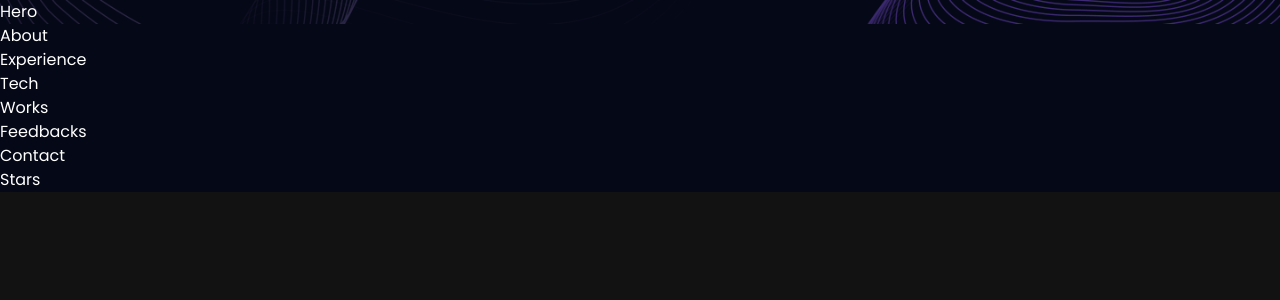
Repository: davedeguia/3d-portfolio
Page: /
The author's editor kept a copy of each file at every save. The page is drawn from the files as they stood at one save, then again after the next save.
The browser window is 1280 px wide. The pictures show the whole page.
The project was rebuilt for these pictures with package versions that can differ from the ones it lists, and the page was loaded fresh each time. Also part of the build but not shown: vite.config.js, src/components/canvas/Earth.jsx, src/components/canvas/Ball.jsx, src/components/canvas/Computers.jsx.

Above is the page before, as saved 2023-03-04 14:21:55.

### src/App.jsx
import { BrowserRouter } from 'react-router-dom'
import {
  About,
  Contact,
  Experience,
  Feedbacks,
  Hero,
  Navbar,
  Tech,
  Works,
  StarsCanvas,
} from './components'

const App = () => {
  return (
    <BrowserRouter>
      <div className='relative z-0 bg-primary'>
        <div className='bg-hero-pattern bg-cover bg-no-repeat bg-center'>
          <Navbar />
          <Hero />
        </div>
        <About />
        <Experience />
        <Tech />
        <Works />
        <Feedbacks />
        <div className='relative z-0'>
          <Contact />
          <StarsCanvas />
        </div>
      </div>
    </BrowserRouter>
  )
}

export default App

### src/components/Navbar.jsx
import React, { useEffect, useState } from 'react'
import { Link } from 'react-router-dom'
import { styles } from '../styles'
import { navLinks } from '../constants'
import { logo, menu, close } from '../assets'

const Navbar = () => {
  return (
    <nav
      className={`${styles.paddingX} w-full flex items-center py-5 fixed top-0 z-20`}
    >
      <div className='w-full flex justify-between items-center max-w-7xl mx-auto'>
        <Link
          to='/'
          className='flex items-center gap-2'
          onClick={() => {
            setActive('')
          }}
        ></Link>
      </div>
    </nav>
  )
}

export default Navbar

### src/styles.js
const styles = {
  paddingX: 'sm:px-16 px-6',
  paddingY: 'sm:py-16 py-6',
  padding: 'sm:px-16 px-6 sm:py-16 py-10',

  heroHeadText:
    'font-black text-white lg:text-[80px] sm:text-[60px] xs:text-[50px] text-[40px] lg:leading-[98px] mt-2',
  heroSubText:
    'text-[#dfd9ff] font-medium lg:text-[30px] sm:text-[26px] xs:text-[20px] text-[16px] lg:leading-[40px]',

  sectionHeadText:
    'text-white font-black md:text-[60px] sm:text-[50px] xs:text-[40px] text-[30px]',
  sectionSubText:
    'sm:text-[18px] text-[14px] text-secondary uppercase tracking-wider',
}

export { styles }

### src/constants/index.js
import {
  mobile,
  backend,
  creator,
  web,
  javascript,
  typescript,
  html,
  css,
  reactjs,
  redux,
  tailwind,
  nodejs,
  mongodb,
  git,
  figma,
  docker,
  meta,
  starbucks,
  tesla,
  shopify,
  carrent,
  jobit,
  tripguide,
  threejs,
} from '../assets'

export const navLinks = [
  {
    id: 'about',
    title: 'About',
  },
  {
    id: 'work',
    title: 'Work',
  },
  {
    id: 'contact',
    title: 'Contact',
  },
]

const services = [
  {
    title: 'Web Developer',
    icon: web,
  },
  {
    title: 'React Native Developer',
    icon: mobile,
  },
  {
    title: 'Backend Developer',
    icon: backend,
  },
  {
    title: 'Content Creator',
    icon: creator,
  },
]

const technologies = [
  {
    name: 'HTML 5',
    icon: html,
  },
  {
    name: 'CSS 3',
    icon: css,
  },
  {
    name: 'JavaScript',
    icon: javascript,
  },
  {
    name: 'TypeScript',
    icon: typescript,
  },
  {
    name: 'React JS',
    icon: reactjs,
  },
  {
    name: 'Redux Toolkit',
    icon: redux,
  },
  {
    name: 'Tailwind CSS',
    icon: tailwind,
  },
  {
    name: 'Node JS',
    icon: nodejs,
  },
  {
    name: 'MongoDB',
    icon: mongodb,
  },
  {
    name: 'Three JS',
    icon: threejs,
  },
  {
    name: 'git',
    icon: git,
  },
  {
    name: 'figma',
    icon: figma,
  },
  {
    name: 'docker',
    icon: docker,
  },
]

const experiences = [
  {
    title: 'React.js Developer',
    company_name: 'Starbucks',
    icon: starbucks,
    iconBg: '#383E56',
    date: 'March 2020 - April 2021',
    points: [
      'Developing and maintaining web applications using React.js and other related technologies.',
      'Collaborating with cross-functional teams including designers, product managers, and other developers to create high-quality products.',
      'Implementing responsive design and ensuring cross-browser compatibility.',
      'Participating in code reviews and providing constructive feedback to other developers.',
    ],
  },
  {
    title: 'React Native Developer',
    company_name: 'Tesla',
    icon: tesla,
    iconBg: '#E6DEDD',
    date: 'Jan 2021 - Feb 2022',
    points: [
      'Developing and maintaining web applications using React.js and other related technologies.',
      'Collaborating with cross-functional teams including designers, product managers, and other developers to create high-quality products.',
      'Implementing responsive design and ensuring cross-browser compatibility.',
      'Participating in code reviews and providing constructive feedback to other developers.',
    ],
  },
  {
    title: 'Web Developer',
    company_name: 'Shopify',
    icon: shopify,
    iconBg: '#383E56',
    date: 'Jan 2022 - Jan 2023',
    points: [
      'Developing and maintaining web applications using React.js and other related technologies.',
      'Collaborating with cross-functional teams including designers, product managers, and other developers to create high-quality products.',
      'Implementing responsive design and ensuring cross-browser compatibility.',
      'Participating in code reviews and providing constructive feedback to other developers.',
    ],
  },
  {
    title: 'Full stack Developer',
    company_name: 'Meta',
    icon: meta,
    iconBg: '#E6DEDD',
    date: 'Jan 2023 - Present',
    points: [
      'Developing and maintaining web applications using React.js and other related technologies.',
      'Collaborating with cross-functional teams including designers, product managers, and other developers to create high-quality products.',
      'Implementing responsive design and ensuring cross-browser compatibility.',
      'Participating in code reviews and providing constructive feedback to other developers.',
    ],
  },
]

const testimonials = [
  {
    testimonial:
      'I thought it was impossible to make a website as beautiful as our product, but Rick proved me wrong.',
    name: 'Sara Lee',
    designation: 'CFO',
    company: 'Acme Co',
    image: 'https://randomuser.me/api/portraits/women/4.jpg',
  },
  {
    testimonial:
      "I've never met a web developer who truly cares about their clients' success like Rick does.",
    name: 'Chris Brown',
    designation: 'COO',
    company: 'DEF Corp',
    image: 'https://randomuser.me/api/portraits/men/5.jpg',
  },
  {
    testimonial:
      "After Rick optimized our website, our traffic increased by 50%. We can't thank them enough!",
    name: 'Lisa Wang',
    designation: 'CTO',
    company: '456 Enterprises',
    image: 'https://randomuser.me/api/portraits/women/6.jpg',
  },
]

const projects = [
  {
    name: 'Car Rent',
    description:
      'Web-based platform that allows users to search, book, and manage car rentals from various providers, providing a convenient and efficient solution for transportation needs.',
    tags: [
      {
        name: 'react',
        color: 'blue-text-gradient',
      },
      {
        name: 'mongodb',
        color: 'green-text-gradient',
      },
      {
        name: 'tailwind',
        color: 'pink-text-gradient',
      },
    ],
    image: carrent,
    source_code_link: 'https://github.com/',
  },
  {
    name: 'Job IT',
    description:
      'Web application that enables users to search for job openings, view estimated salary ranges for positions, and locate available jobs based on their current location.',
    tags: [
      {
        name: 'react',
        color: 'blue-text-gradient',
      },
      {
        name: 'restapi',
        color: 'green-text-gradient',
      },
      {
        name: 'scss',
        color: 'pink-text-gradient',
      },
    ],
    image: jobit,
    source_code_link: 'https://github.com/',
  },
  {
    name: 'Trip Guide',
    description:
      'A comprehensive travel booking platform that allows users to book flights, hotels, and rental cars, and offers curated recommendations for popular destinations.',
    tags: [
      {
        name: 'nextjs',
        color: 'blue-text-gradient',
      },
      {
        name: 'supabase',
        color: 'green-text-gradient',
      },
      {
        name: 'css',
        color: 'pink-text-gradient',
      },
    ],
    image: tripguide,
    source_code_link: 'https://github.com/',
  },
]

export { services, technologies, experiences, testimonials, projects }

### src/assets/index.js
import logo from "./logo.svg";
import backend from "./backend.png";
import creator from "./creator.png";
import mobile from "./mobile.png";
import web from "./web.png";
import github from "./github.png";
import menu from "./menu.svg";
import close from "./close.svg";

import css from "./tech/css.png";
import docker from "./tech/docker.png";
import figma from "./tech/figma.png";
import git from "./tech/git.png";
import html from "./tech/html.png";
import javascript from "./tech/javascript.png";
import mongodb from "./tech/mongodb.png";
import nodejs from "./tech/nodejs.png";
import reactjs from "./tech/reactjs.png";
import redux from "./tech/redux.png";
import tailwind from "./tech/tailwind.png";
import typescript from "./tech/typescript.png";
import threejs from "./tech/threejs.svg";

import meta from "./company/meta.png";
import shopify from "./company/shopify.png";
import starbucks from "./company/starbucks.png";
import tesla from "./company/tesla.png";

import carrent from "./carrent.png";
import jobit from "./jobit.png";
import tripguide from "./tripguide.png";

export {
  logo,
  backend,
  creator,
  mobile,
  web,
  github,
  menu,
  close,
  css,
  docker,
  figma,
  git,
  html,
  javascript,
  mongodb,
  nodejs,
  reactjs,
  redux,
  tailwind,
  typescript,
  threejs,
  meta,
  shopify,
  starbucks,
  tesla,
  carrent,
  jobit,
  tripguide,
};

### tailwind.config.cjs
/** @type {import('tailwindcss').Config} */
module.exports = {
  content: ['./src/**/*.{js,jsx}'],
  mode: 'jit',
  theme: {
    extend: {
      colors: {
        primary: '#050816',
        secondary: '#aaa6c3',
        tertiary: '#151030',
        'black-100': '#100d25',
        'black-200': '#090325',
        'white-100': '#f3f3f3',
      },
      boxShadow: {
        card: '0px 35px 120px -15px #211e35',
      },
      screens: {
        xs: '450px',
      },
      backgroundImage: {
        'hero-pattern': "url('/src/assets/herobg.png')",
      },
    },
  },
  plugins: [],
}

Loaded but not shown: index.html (common file); src/main.jsx (common file); src/index.css (common file); src/components/index.js (common file); src/components/canvas/index.js (common file); src/components/Hero.jsx (common file); src/components/About.jsx (common file); src/components/Tech.jsx (common file); src/components/Experience.jsx (common file); src/components/Works.jsx (common file); src/components/Feedbacks.jsx (common file); src/components/Contact.jsx (common file); src/components/canvas/Stars.jsx (common file)

After the next save:
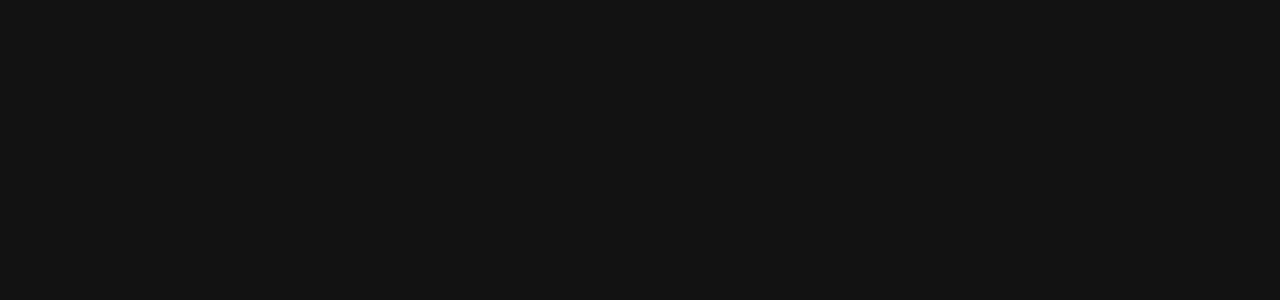
Console error: ReferenceError: second is not defined
Saved 19 s later.
--- a/src/components/Navbar.jsx
+++ b/src/components/Navbar.jsx
@@ -5,6 +5,7 @@
 import { logo, menu, close } from '../assets'
 
 const Navbar = () => {
+  const [first, setfirst] = useState(second)
   return (
     <nav
       className={`${styles.paddingX} w-full flex items-center py-5 fixed top-0 z-20`}

After the 3 saves that followed:
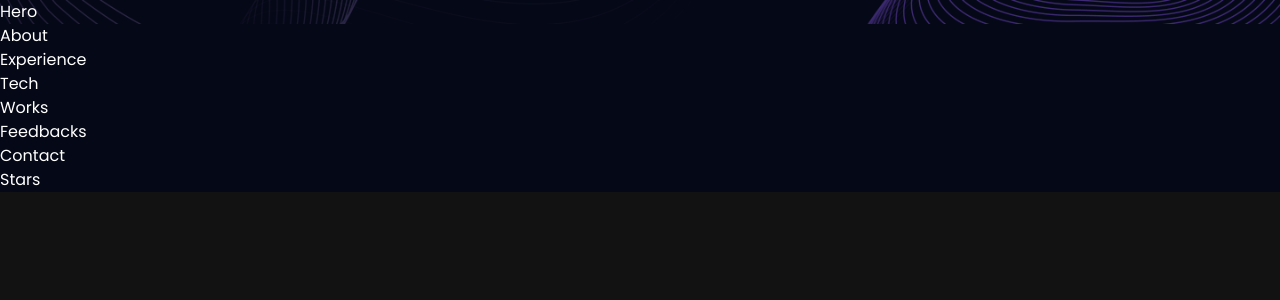
The error is gone.
The 3 saves are shown as one change because 2 left the picture as it was.
The last was saved 41 s later.
--- a/src/components/Navbar.jsx
+++ b/src/components/Navbar.jsx
@@ -5,7 +5,7 @@
 import { logo, menu, close } from '../assets'
 
 const Navbar = () => {
-  const [first, setfirst] = useState(second)
+  const [active, setActive] = useState('')
   return (
     <nav
       className={`${styles.paddingX} w-full flex items-center py-5 fixed top-0 z-20`}
